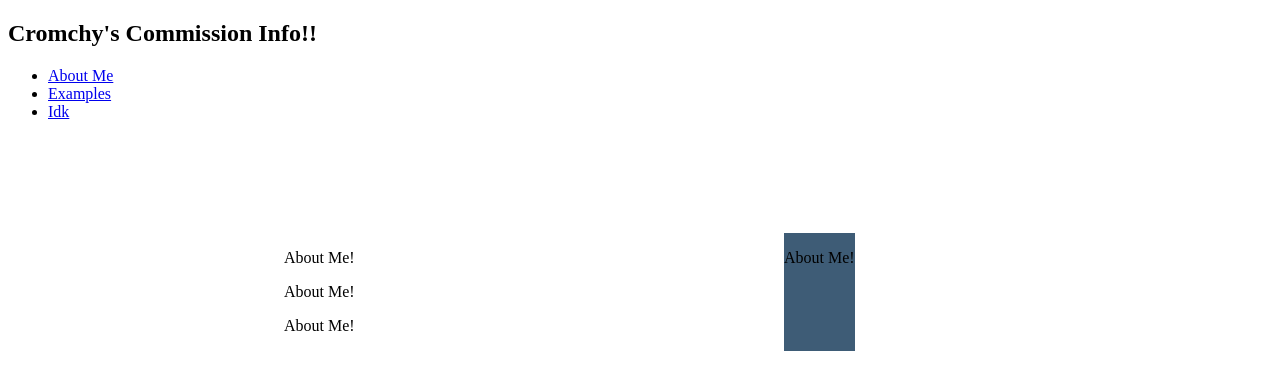
Repository: crackaLack1n/Cromchys_Commission_Site
Page: /
The author's editor kept a copy of each file at every save. The page is drawn from the files as they stood at one save, then again after the next save.
The browser window is 1280 px wide. The pictures show the whole page.
The project was rebuilt for these pictures with package versions that can differ from the ones it lists, and the page was loaded fresh each time. The framework's server and built-in components were replaced by stand-ins that run in the browser. Also part of the build but not shown: next.config.mjs.

Above is the page before, as saved 2024-06-11 11:44:35.

### pages/index.js
import Head from "next/head";
import Header from "@/Components/Header";
import Image from "next/image";
import styles from "@/styles/Home.module.css";


export default function Home() {
  return (
    <>
      <Head>
        <title>Create Next App</title>
        <meta name="description" content="Generated by create next app" />
        <meta name="viewport" content="width=device-width, initial-scale=1" />
        <link rel="icon" href="/favicon.ico" />
      </Head>

      <Header/>
      <main className={`${styles.main}`}>
        <div className={styles.container}>
          <div className={styles.contentLeft}>
            <p>About Me!</p>
            <p>About Me!</p>
            <p>About Me!</p>
          </div>
          <div className={styles.contentRight}>
          <p>About Me!</p>
          </div>
        </div>
      </main>
    </>
  );
}

### Components/Header/index.js
import Link from "next/link"

export default function Header() {
  return(
    <>
    <div>
    <h2>Cromchy's Commission Info!!</h2>
    <nav>
      <ul>
        <li><Link href={`/`}>About Me</Link></li>
        <li><Link href={`/Examples`}>Examples</Link></li>
        <li><Link href={`/Idk`}>Idk</Link></li>
      </ul>
    </nav>
    </div>
    </>
  )
}

### styles/Home.module.css
.main {
  display: flex;
  flex-direction: column;
  justify-content: space-between;
  align-items: center;
  padding: 6rem;
  min-height: 20vh;
}

.container {
 display: grid;
 grid-template-columns: 500px 1fr 2fr;
}

.contentLeft {

}

.contentRight {
  background-color: #3E5C76;
}

/* Mobile */
@media (max-width: 700px) {
  .content {
    padding: 4rem;
  }

  .grid {
    grid-template-columns: 1fr;
    margin-bottom: 120px;
    max-width: 320px;
    text-align: center;
  }

}

/* Tablet and Smaller Desktop */
@media (min-width: 701px) and (max-width: 1120px) {
  .grid {
    grid-template-columns: repeat(2, 50%);
  }
}

Loaded but not shown: pages/_app.js (common file); pages/_document.js (common file); styles/globals.css (common file)

After the next save:
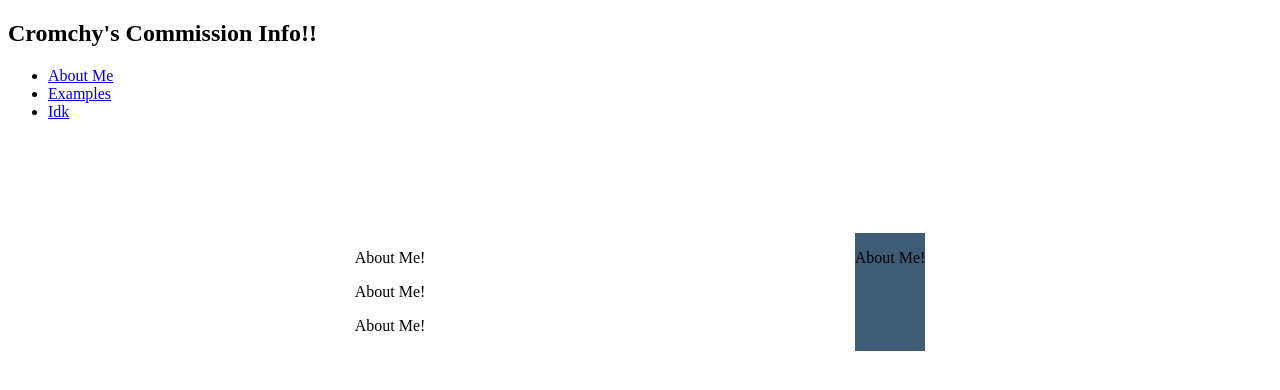
Saved 5 s later.
--- a/styles/Home.module.css
+++ b/styles/Home.module.css
@@ -9,7 +9,7 @@
 
 .container {
  display: grid;
- grid-template-columns: 500px 1fr 2fr;
+ grid-template-columns: 500px 1fr;
 }
 
 .contentLeft {

After the save that followed:
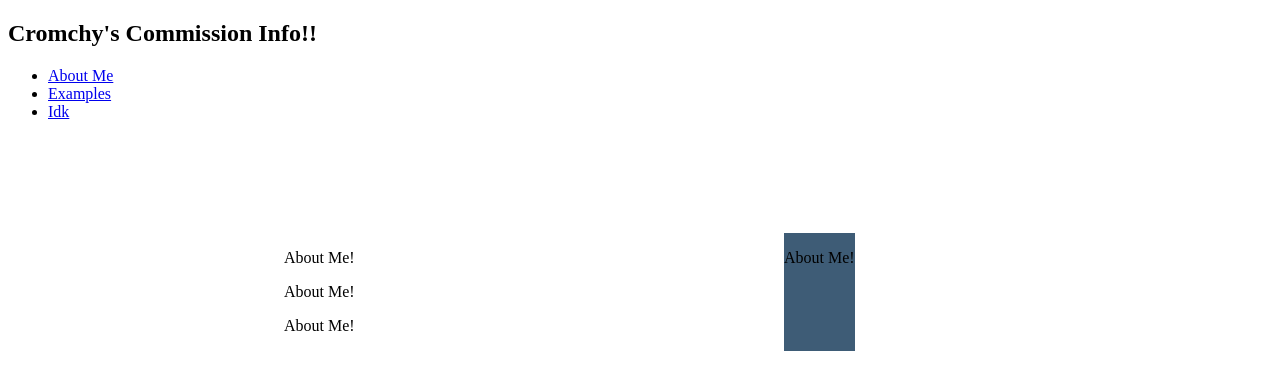
Saved 5 s later.
--- a/styles/Home.module.css
+++ b/styles/Home.module.css
@@ -9,7 +9,7 @@
 
 .container {
  display: grid;
- grid-template-columns: 500px 1fr;
+ grid-template-columns: 500px 1fr 2fr;
 }
 
 .contentLeft {
